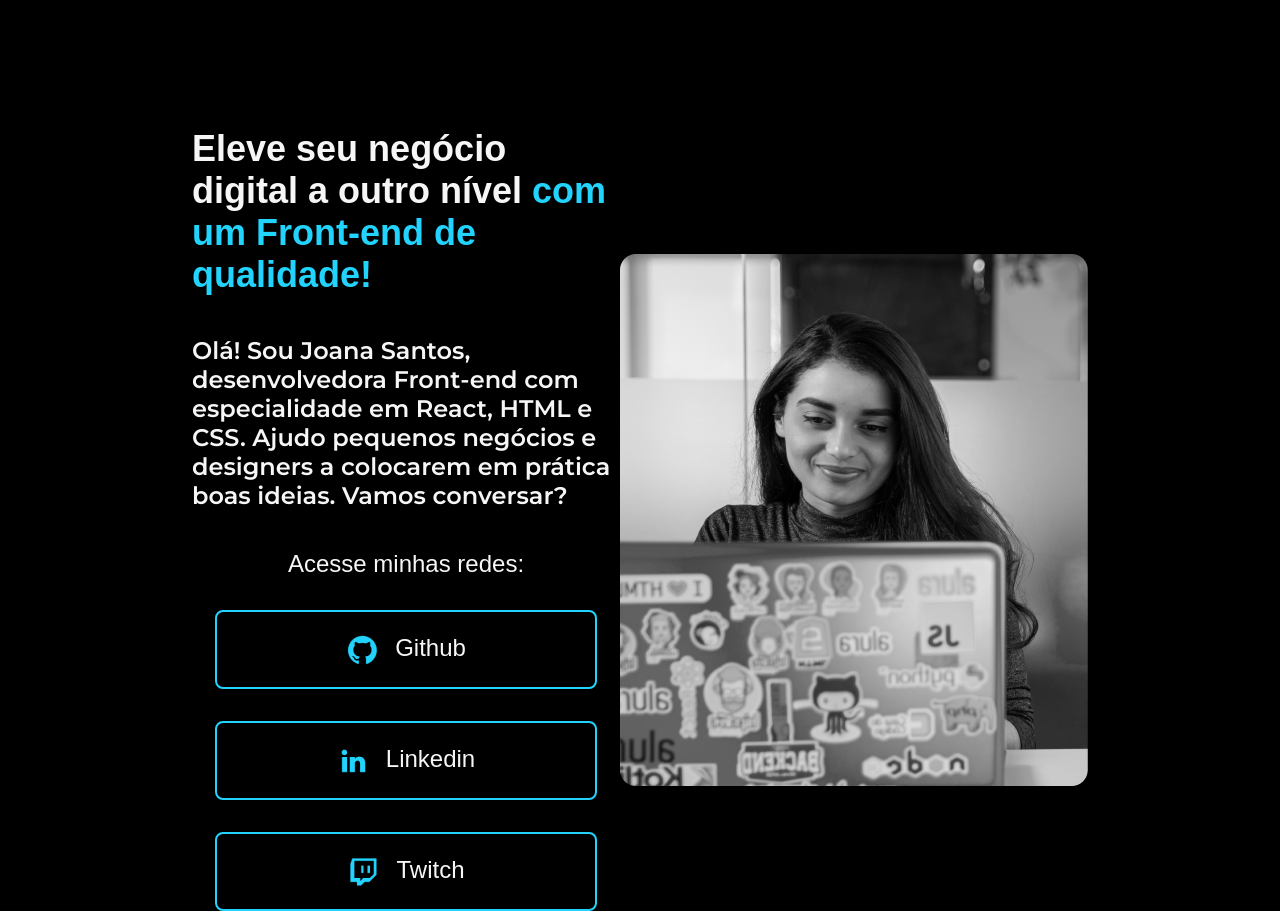
Repository: YoungAkira/CursoHtmlCss
Page: index.html
These files come from the project's save history. The page is drawn as it stood at one moment and after the next save; the edit follows.
The browser window is 1280 px wide. The pictures show the whole page.
Some web fonts or font styles are not loaded; a fallback is used.

Above is the page before, as saved 2023-05-15 10:50:04.

### index.html
<!--ESSE PROJETO NÃO É DE MINHA AUTORIA, APENAS UTILIZO-O PARA FINS DIDÁTICOS-->
<!--CREDITOS: ALURA.COM-->

<!DOCTYPE html>
<html lang="pt-br">
<head>
    <meta charset="UTF-8">
    <meta http-equiv="X-UA-Compatible" content="IE=edge">
    <meta name="viewport" content="width=device-width, initial-scale=1.0">
    <title>Portfolio</title>
    <link rel="stylesheet" href="style.css">
</head>
<body>
    <header></header>
    <main class="apresentacao">
            <section class="apresentacao_conteudo">
                 <h1 class="apresentacao_conteudo_titulo">Eleve seu
                    negócio digital a outro nível <strong
                    class="titulo-destaque">com um Front-end de qualidade!</strong></h1>

                    <p class="apresentacao_conteudo_texto"> Olá! Sou Joana Santos, desenvolvedora Front-end
                        com especialidade em React, HTML e CSS. Ajudo
                        pequenos negócios e designers a colocarem em
                        prática boas ideias. Vamos conversar?</p>


                    <div class="apresentacao_links">
                        <h2 class="apresentacao_links_subtitulo">Acesse minhas redes:</h2>

                        <a class="apresentacao-links-link" href="github.com">
                            <img src="assets/github.png">
                            Github
                        </a>

                        <a class="apresentacao-links-link" href="linkedin.com">
                            <img src="./assets/linkedin.png">
                            Linkedin
                        </a>

                        <a class="apresentacao-links-link" href="twitch.tv">
                            <img src="./assets/twitch.png">
                            Twitch


                        </a>



                    </div>

            </section>
                    <img src="/assets/imagem.png" alt="Foto Joana Santos programando">
    </main>


    <footer></footer>


</body>
</html>

### style.css
@import url('https://fonts.googleapis.com/css2?family=Krona+One&family=Montserrat:wght@600&display=swap');

*{
    margin: 0;
    padding: 0;
}


body {
    background-color: black;
    box-sizing: border-box;
    color: #F6F6F6;
    height: 100vh;
}


.titulo-destaque {
    color: #22D4FD;
}


.apresentacao{
    display: flex;
    align-items: center;
    justify-content: space-between;
    margin: 10% 15%;
}


.apresentacao_conteudo{
    width: 615px;
    display: flex;
    flex-direction: column;
    gap: 40px;
}


.apresentacao_conteudo_titulo{
    font-size: 36px;
    font-family: 'Krona One',sans-serif;
}


.apresentacao_conteudo_texto{
    font-size: 24px;
    font-family: 'Montserrat',sans-serif;
}


.apresentacao_links{
    display: flex;
    flex-direction: column;
    justify-content: space-between;
    align-items: center;
    gap: 32px;
}


.apresentacao_links_subtitulo{
    font-size: 24px;
    font-family: 'Krona One', sans-serif;
    font-weight: 400;


}


.apresentacao-links-link{
    display: flex;
    justify-content: center;
    gap:16px;
    border: 2px solid #22D4FD;
    width: 378px;
    text-align: center;
    border-radius: 8px;
    font-size: 24px;
    padding: 21.5px 0;
    text-decoration: none;
    color :#F6F6F6;
    font-family: 'Krona One',sans-serif;
    font-weight: 400;
}

After the next save:
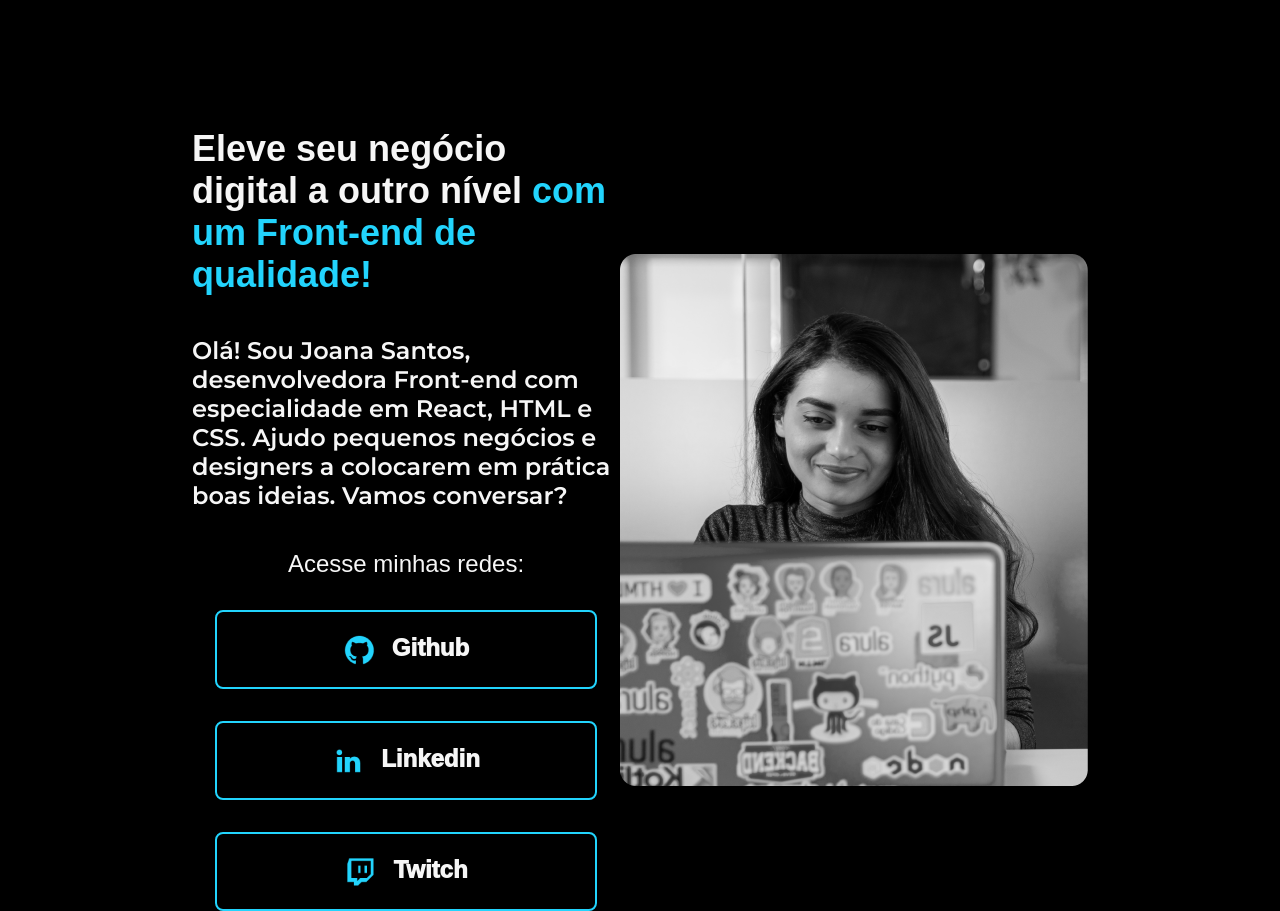
Saved 11 s later.
--- a/style.css
+++ b/style.css
@@ -78,5 +78,5 @@
     text-decoration: none;
     color :#F6F6F6;
     font-family: 'Krona One',sans-serif;
-    font-weight: 400;
+    font-weight: 1000;
 }

After the save that followed:
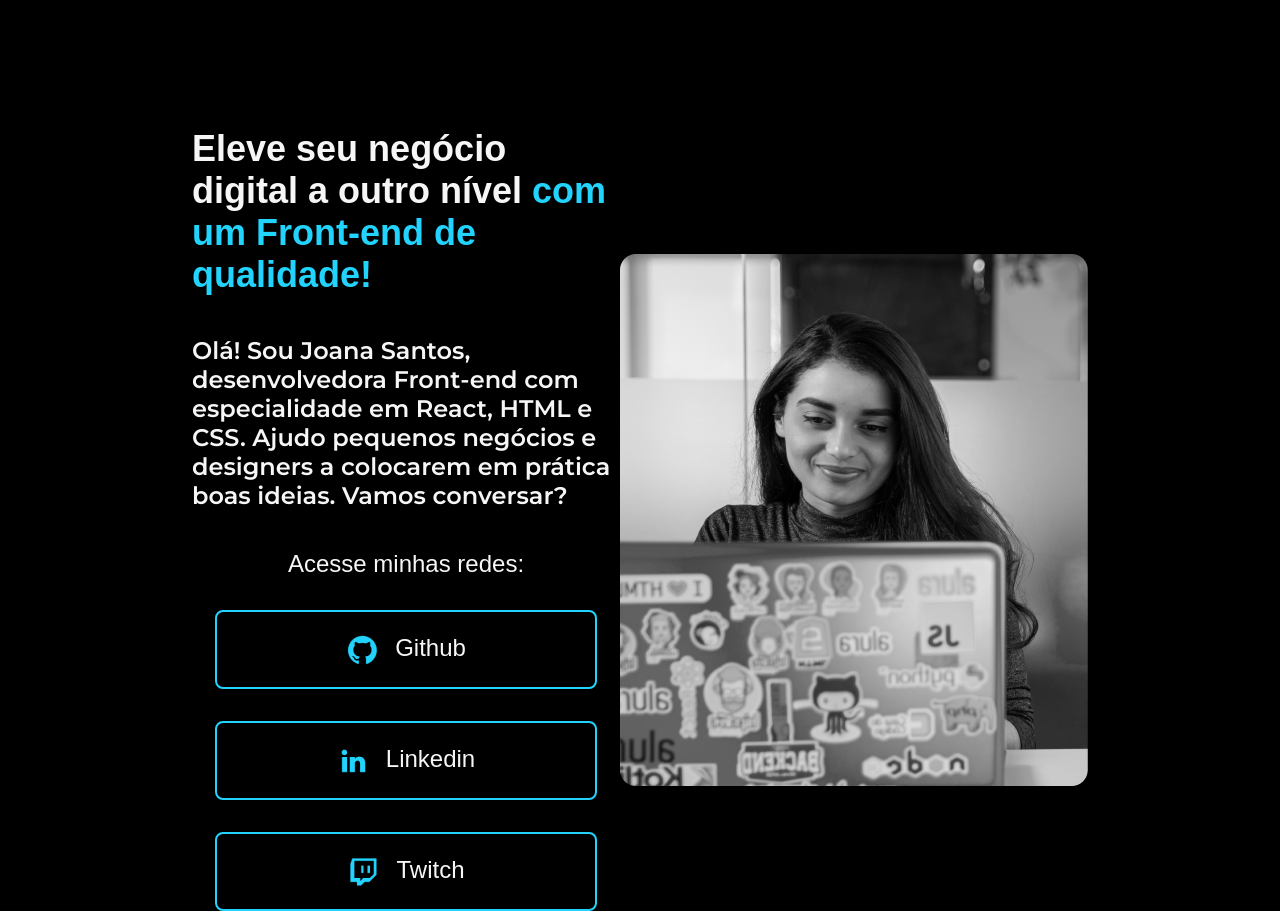
Saved 6 s later.
--- a/style.css
+++ b/style.css
@@ -78,5 +78,5 @@
     text-decoration: none;
     color :#F6F6F6;
     font-family: 'Krona One',sans-serif;
-    font-weight: 1000;
+    font-weight: 400;
 }
